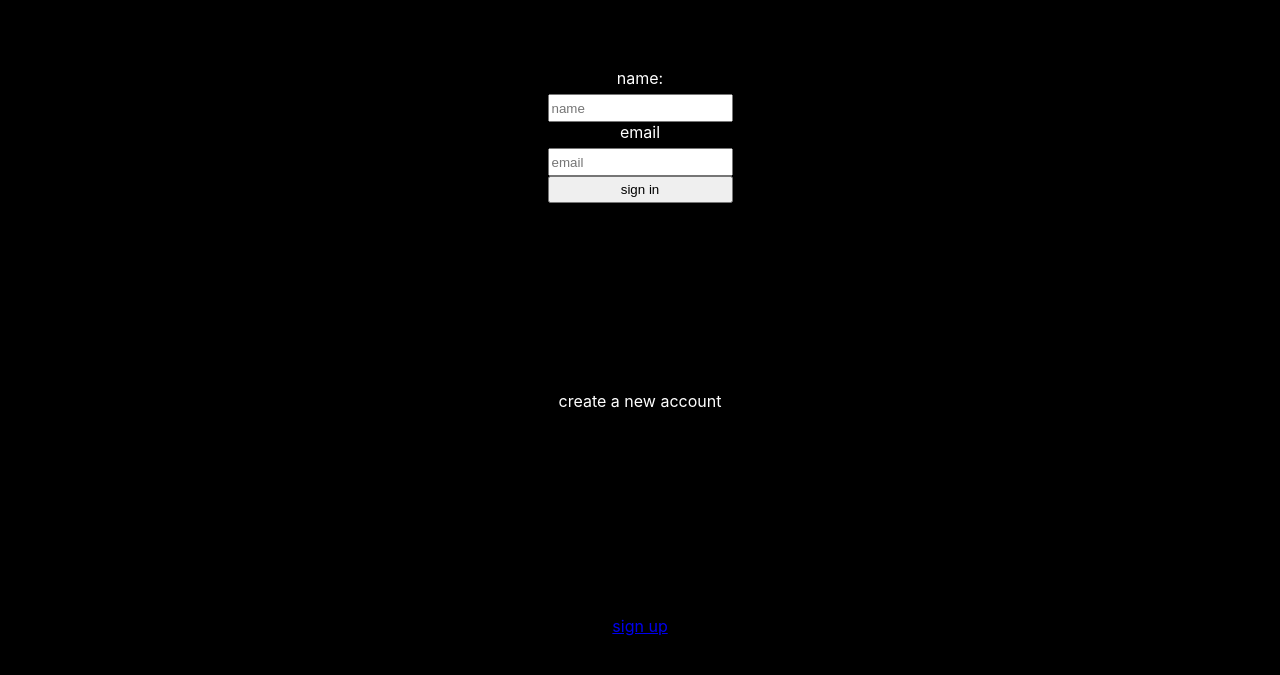
Repository: romAtam/5778
Page: /signin
An editor plug-in stored every save of this project. The page is shown before and after the next save, followed by the edit.
The browser window is 1280 px wide. The pictures show the whole page.
The project was rebuilt for these pictures with package versions that can differ from the ones it lists, and the page was loaded fresh each time. Also part of the build but not shown: src/Pages/Home.js, src/Pages/Game.js, src/Pages/Web.js, src/Pages/Team.js, src/Pages/User.js, src/Pages/Register.js.

Above is the page before, as saved 2021-12-11 22:06:26.

After the next save:
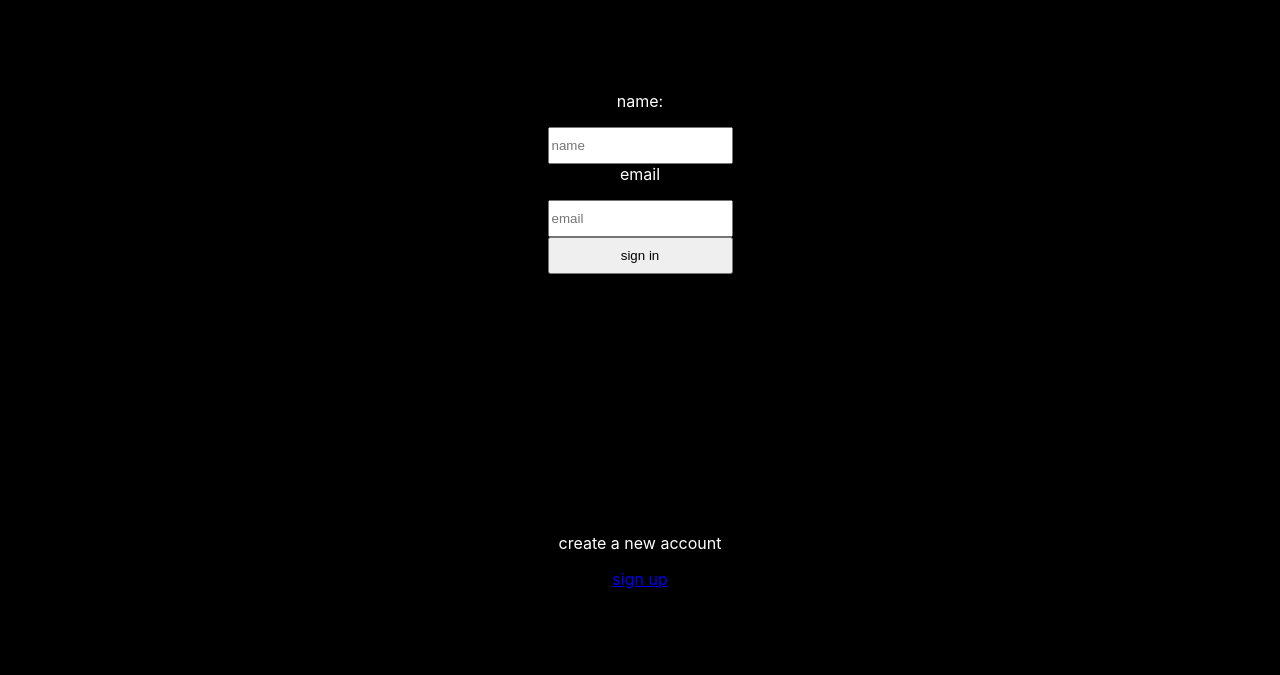
Saved 28 s later.
--- a/src/Pages/Signin.js
+++ b/src/Pages/Signin.js
@@ -35,8 +35,11 @@ const Signin = () => {
  <button type="submit">sign in</button>
 
             </Form>
- <p>create a new account</p>
+            <div>
+                <p>create a new account</p>
  <Link to="/register">sign up</Link>
+            </div>
+
         </FormWrapper>
     )
 }
